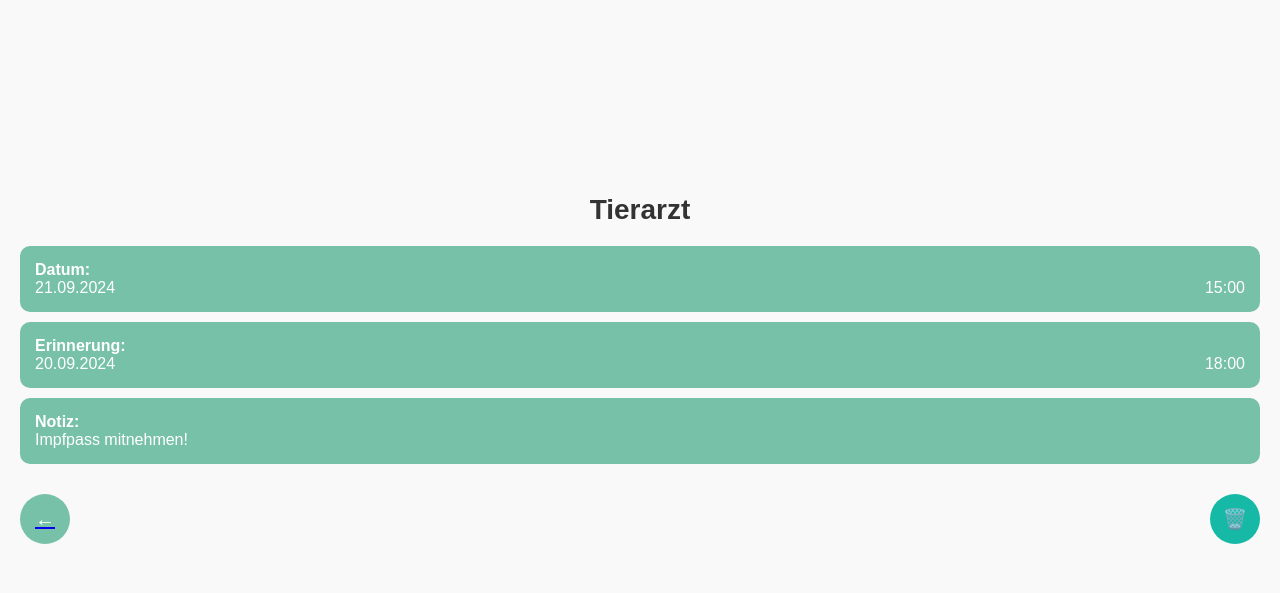
Repository: jakemoes/Pet-Tracker
Page: PWA/apppointmentDetails.html
An editor plug-in stored every save of this project. The page is shown before and after the next save, followed by the edit.
The browser window is 1280 px wide. The pictures show the whole page.

Above is the page before, as saved 2024-12-07 03:45:02.

### PWA/apppointmentDetails.html
<!DOCTYPE html>
<html lang="de">
<head>
    <meta charset="UTF-8">
    <meta name="viewport" content="width=device-width, initial-scale=1.0">
    <link rel="stylesheet" href="appointmentDetails.css">
    <title>Tierarzttermin</title>
</head>
<body>
    <div class="details-container">
        <h1>Tierarzt</h1>

        <div class="entry">
            <div class="detail">
                <p><strong>Datum:</strong></p>
                <p>21.09.2024 <span class="time">15:00</span></p>
            </div>
            <div class="detail">
                <p><strong>Erinnerung:</strong></p>
                <p>20.09.2024 <span class="time">18:00</span></p>
            </div>
            <div class="detail">
                <p><strong>Notiz:</strong></p>
                <p>Impfpass mitnehmen!</p>
            </div>
        </div>

        <div class="button-container">
            <!-- Zurück-Button -->
            <a href="appointment.html" class="back-btn">
                <button type="button"><span>&larr;</span></button>
            </a>

            <!-- Löschen-Button -->
            <button type="button" class="delete-btn" >
                🗑️
            </button>
        </div>
    </div>

</body>
</html>

### PWA/appointmentDetails.css
body {
    font-family: Arial, sans-serif;
    margin: 0;
    padding: 0;
    background-color: #f9f9f9;
    display: flex;
    justify-content: center;
    align-items: center;
    height: 100vh;
}

.details-container {
    width: 100%;
    max-width: none;
    background-color: transparent;
    padding: 20px;
    border-radius: 0;
    box-shadow: none;
    text-align: center;
}

h1 {
    font-size: 28px;
    color: #333;
    margin-bottom: 20px;
}

.entry {
    margin-bottom: 30px;
}

.detail {
    background-color: #77c1a9;
    padding: 15px;
    border-radius: 10px;
    margin-bottom: 10px;
    text-align: left;
    color: #ffffff;
}

.detail p {
    margin: 0;
    font-size: 16px;
}

.time {
    float: right;
}

.button-container {
    display: flex;
    justify-content: space-between;
    margin-top: 20px;
}

.back-btn button, .delete-btn {
    width: 50px;
    height: 50px;
    border-radius: 50%;
    border: none;
    background-color: #77c1a9;
    color: white;
    font-size: 20px;
    cursor: pointer;
    display: flex;
    justify-content: center;
    align-items: center;
}

.delete-btn {
    background-color: #15b9a6;
}

.delete-btn img {
    width: 20px;
    height: 20px;
}

.back-btn button:hover {
    background-color: #66b398;
}

.delete-btn:hover {
    background-color: #d32f2f;
}

After the next save:
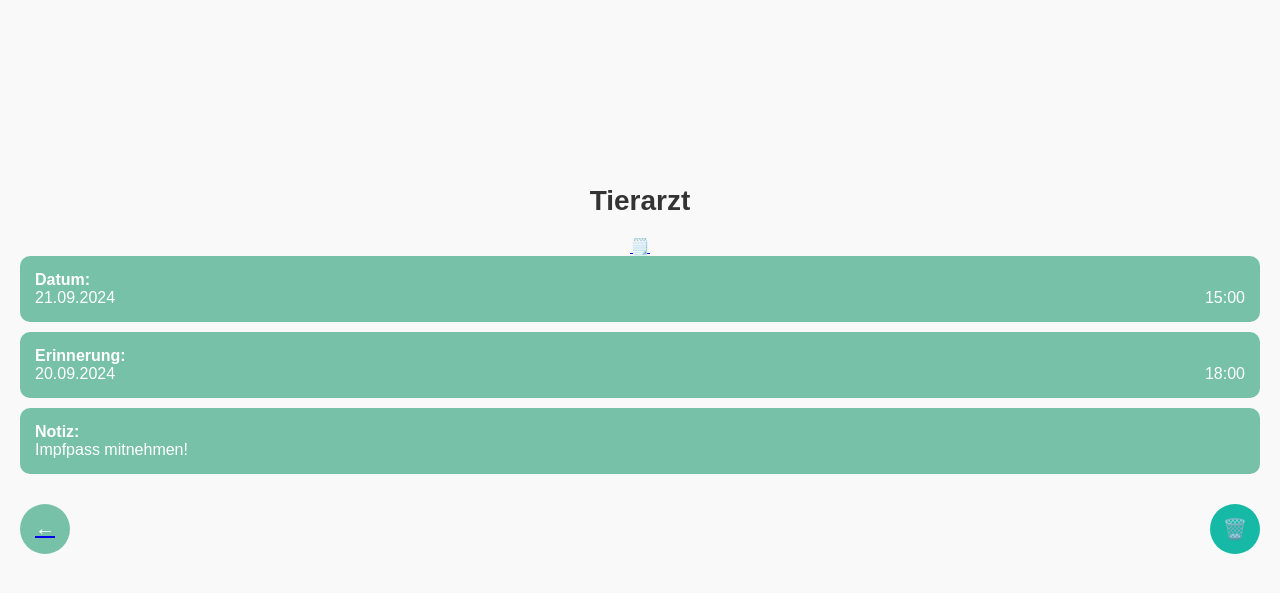
Saved 10 min 20 s later.
--- a/PWA/apppointmentDetails.html
+++ b/PWA/apppointmentDetails.html
@@ -9,7 +9,9 @@
 <body>
     <div class="details-container">
         <h1>Tierarzt</h1>
-
+        <a href="trend.html">
+            <span class="smiley">🗒️</span>
+        </a>
         <div class="entry">
             <div class="detail">
                 <p><strong>Datum:</strong></p>
